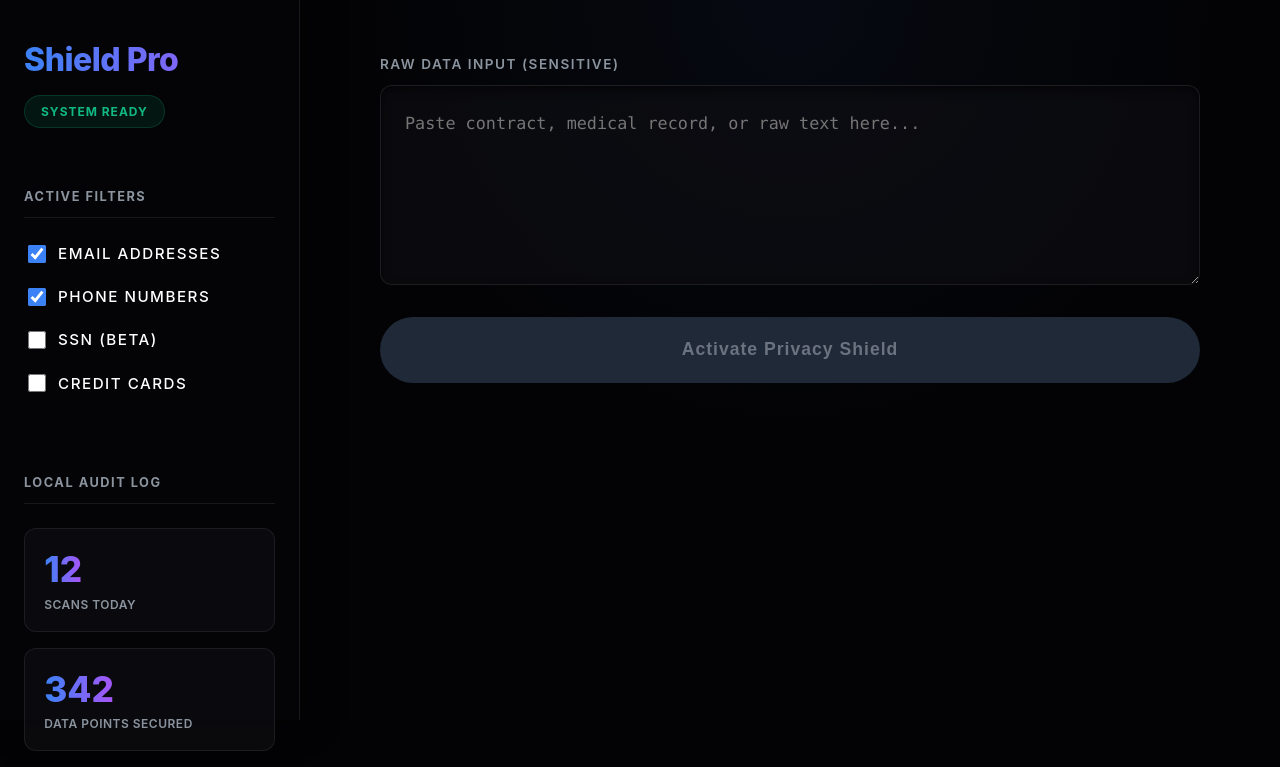
Repository: rrslt6d3/aditya-privacy-shield
Page: /
An editor plug-in stored every save of this project. The page is shown before and after the next save, followed by the edit.
The browser window is 1280 px wide. The pictures show the whole page.
The project was rebuilt for these pictures with package versions that can differ from the ones it lists, and the page was loaded fresh each time. Also part of the build but not shown: vite.config.ts.

Above is the page before, as saved 2026-02-22 15:56:30.

After the next save:
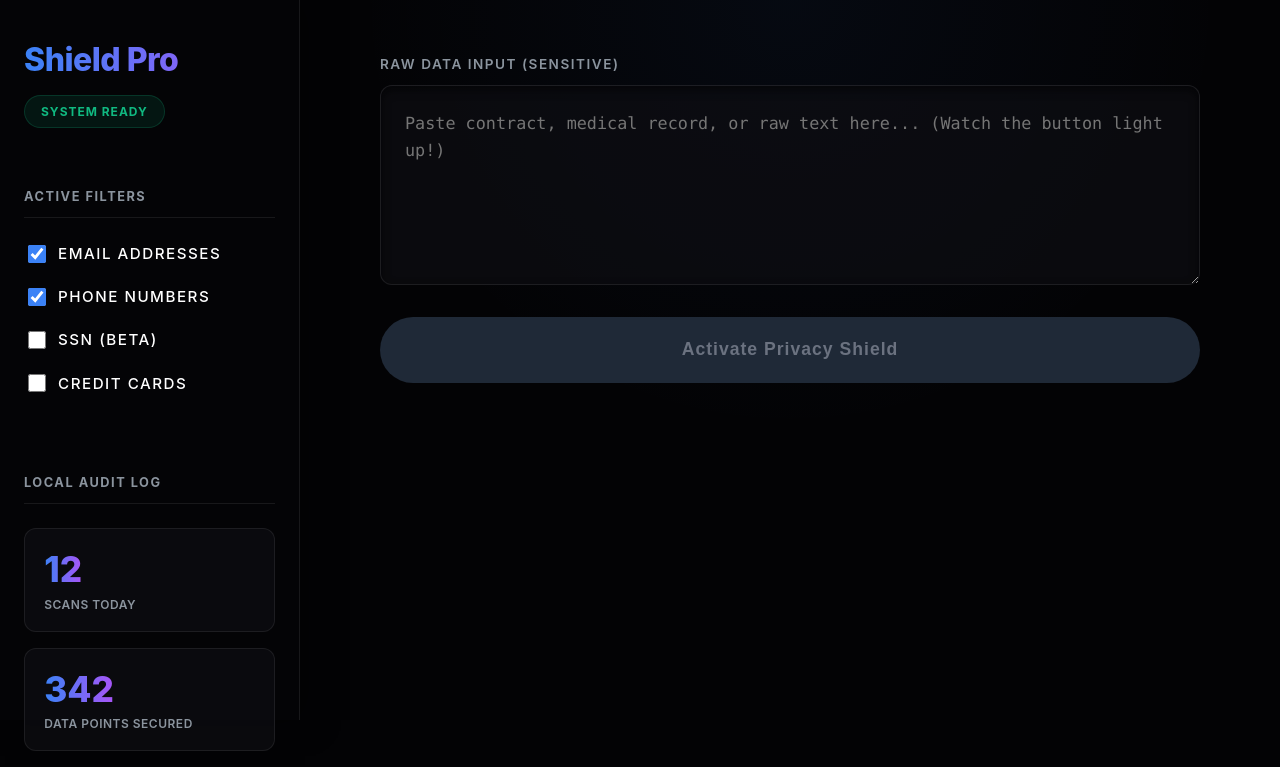
Saved 82 min 41 s later.
--- a/src/App.tsx
+++ b/src/App.tsx
@@ -113,7 +113,9 @@
       <aside className="sidebar">
         <div className="brand-zone">
           <h1>Shield Pro</h1>
-          <div className="status-badge">{status}</div>
+          <div className="status-badge">
+            <span className="pulse-dot"></span> {status}
+          </div>
         </div>
 
         <div className="sidebar-section">
@@ -155,7 +157,7 @@
         <div className="panel">
           <label>Raw Data Input (Sensitive)</label>
           <textarea
-            placeholder="Paste contract, medical record, or raw text here..."
+            placeholder="Paste contract, medical record, or raw text here... (Watch the button light up!)"
             value={text}
             onChange={(e) => setText(e.target.value)}
             disabled={isScanning}
